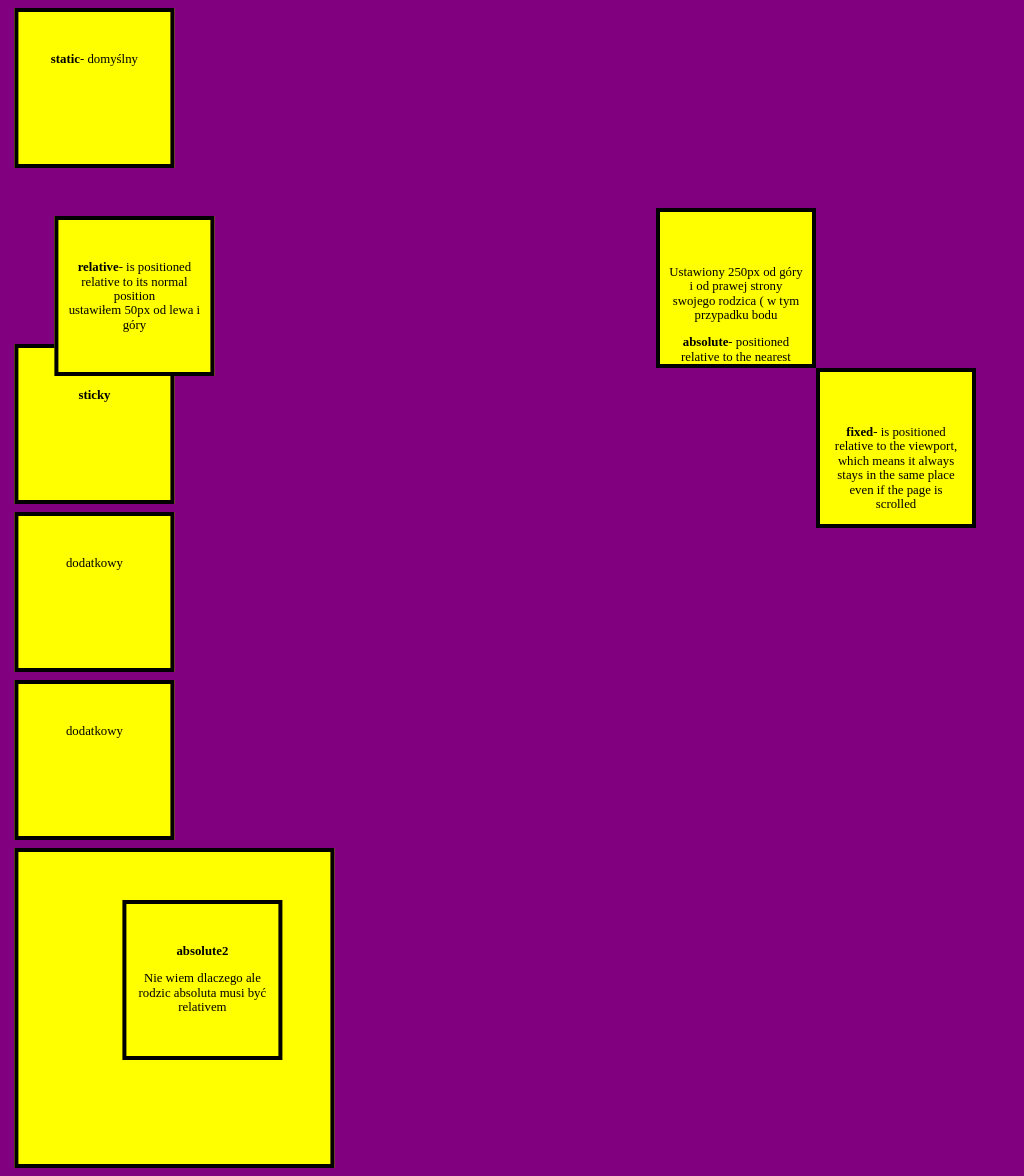
Repository: quenrythane/homepage
Page: CSS positions/CSS-positions.html
An editor plug-in stored every save of this project. The page is shown before and after the next save, followed by the edit.
The browser window is 1280 px wide. The pictures show the whole page, at 80% of full size.

Above is the page before, as saved 2020-10-11 04:10:27.

After the next save:
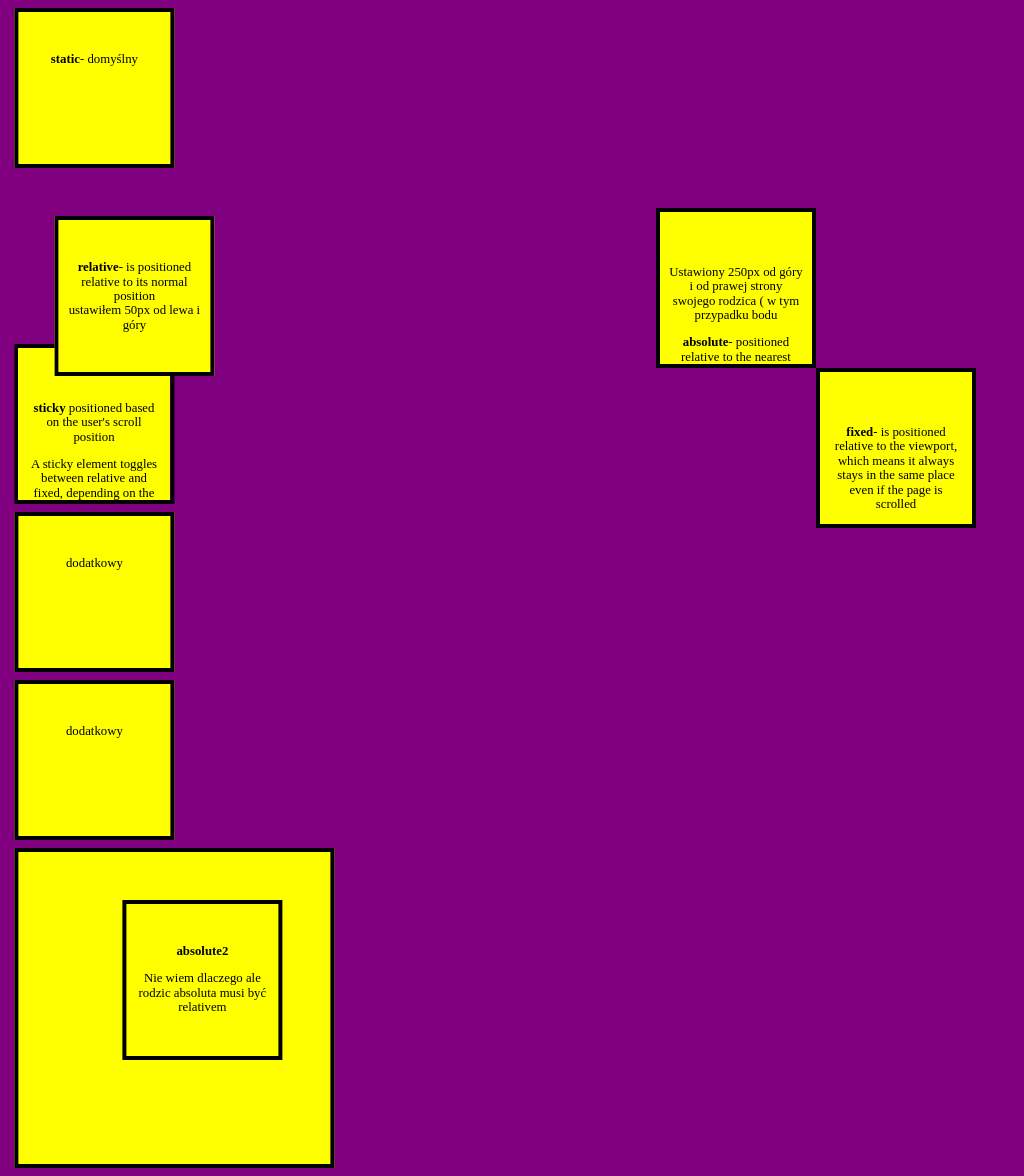
Saved 2 min 42 s later.
--- a/CSS positions/CSS-positions.html
+++ b/CSS positions/CSS-positions.html
@@ -23,7 +23,12 @@
        <p> However; if an absolute positioned element has no positioned ancestors, it uses the document body, and moves along with page scrolling.</p>
        <p><b>Nie wiem czemu ale rodzic absoluta musi być relativem bo inaczej działa źle?</b></p>
         </div>
-    <div class="box sticky"><b>sticky</b></div>
+    <div class="box sticky">
+        <p><b>sticky</b> positioned based on the user's scroll position</p>
+        <p>A sticky element toggles between relative and fixed, depending on the scroll position. It is positioned relative until a given offset position is met in the viewport - then it "sticks" in place (like position:fixed</p>
+        <p></p>
+
+    </div>
 
     <div class="box">dodatkowy</div>
     <div class="box">dodatkowy</div>
